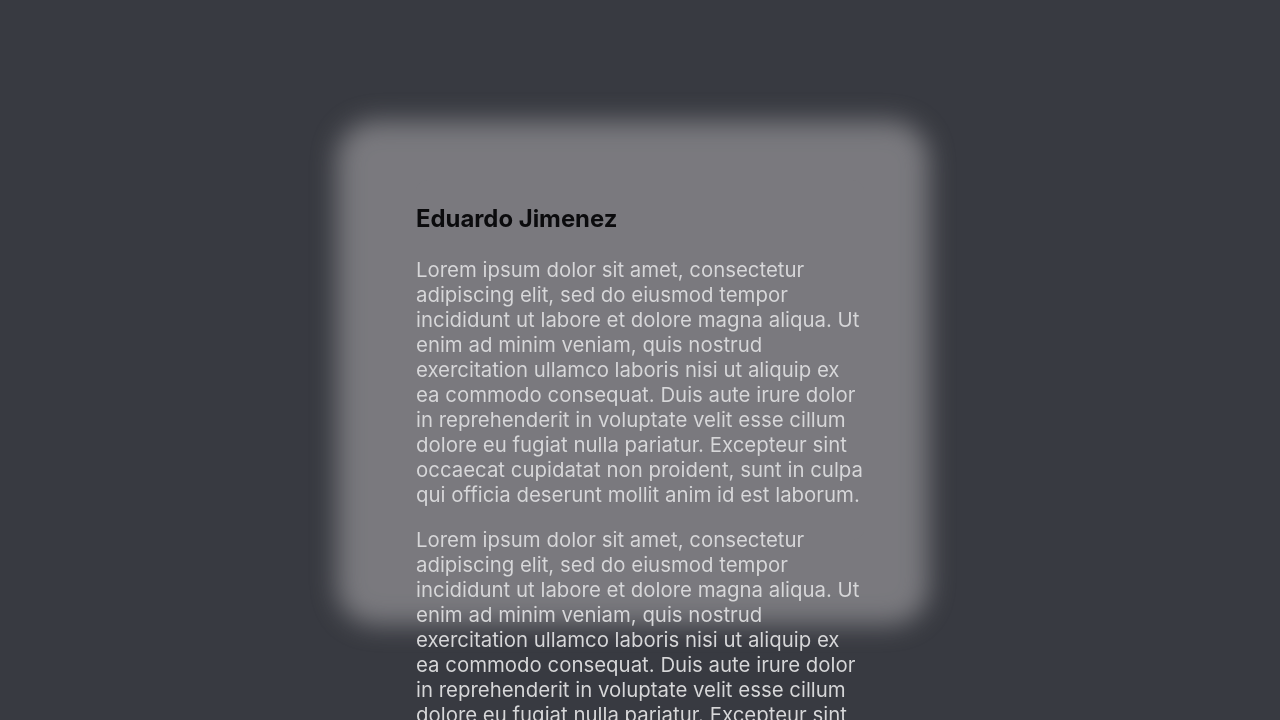
Repository: l8nightswithJS/react-my-portfolio
Page: /
The author's editor kept a copy of each file at every save. The page is drawn from the files as they stood at one save, then again after the next save.
The browser window is 1280 px wide. The pictures show the whole page.
The project was rebuilt for these pictures with package versions that can differ from the ones it lists, and the page was loaded fresh each time.

Above is the page before, as saved 2021-04-29 12:44:29.

After the next save:
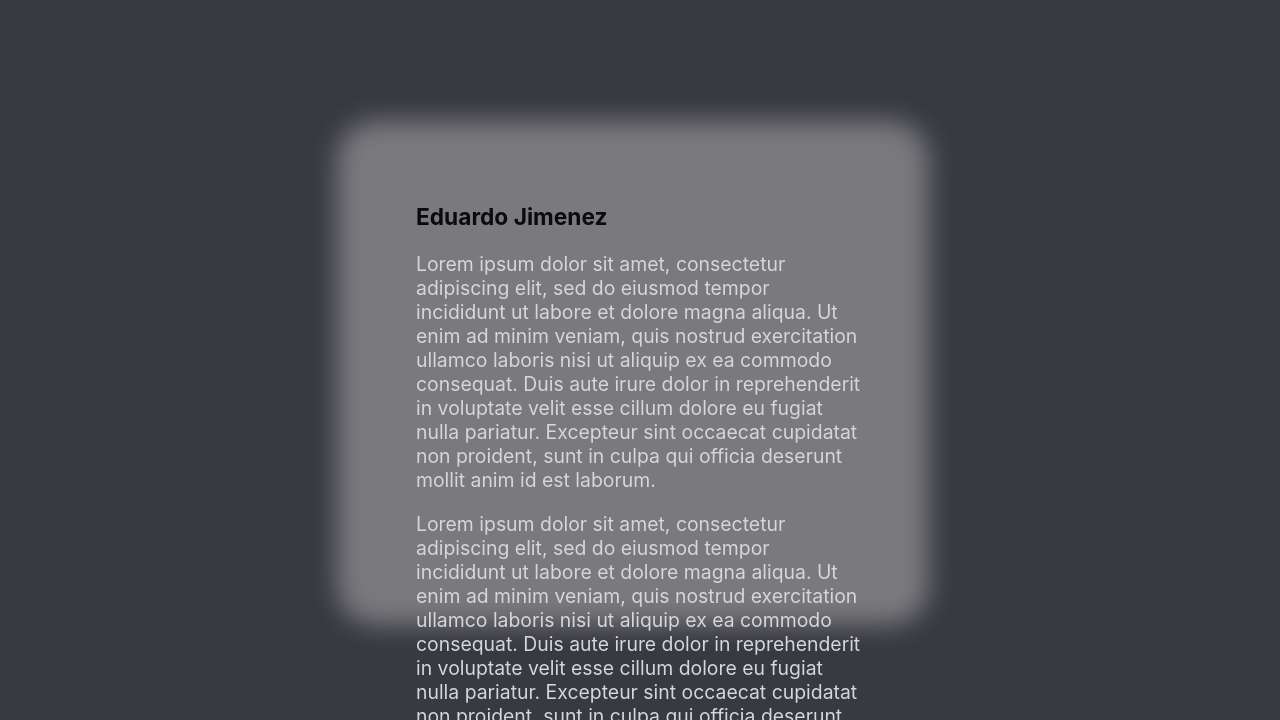
Saved 5 s later.
--- a/src/App.css
+++ b/src/App.css
@@ -14,7 +14,7 @@ section {
   height: 50vh;
   width: 35vw;
   margin: auto;
-  font-size: calc(6px + 2vmin);
+  font-size: calc(5px + 2vmin);
   color: white;
   box-shadow: -1vh 1vw 2vw 10vh rgb(139, 138, 142);
   opacity: .8;
